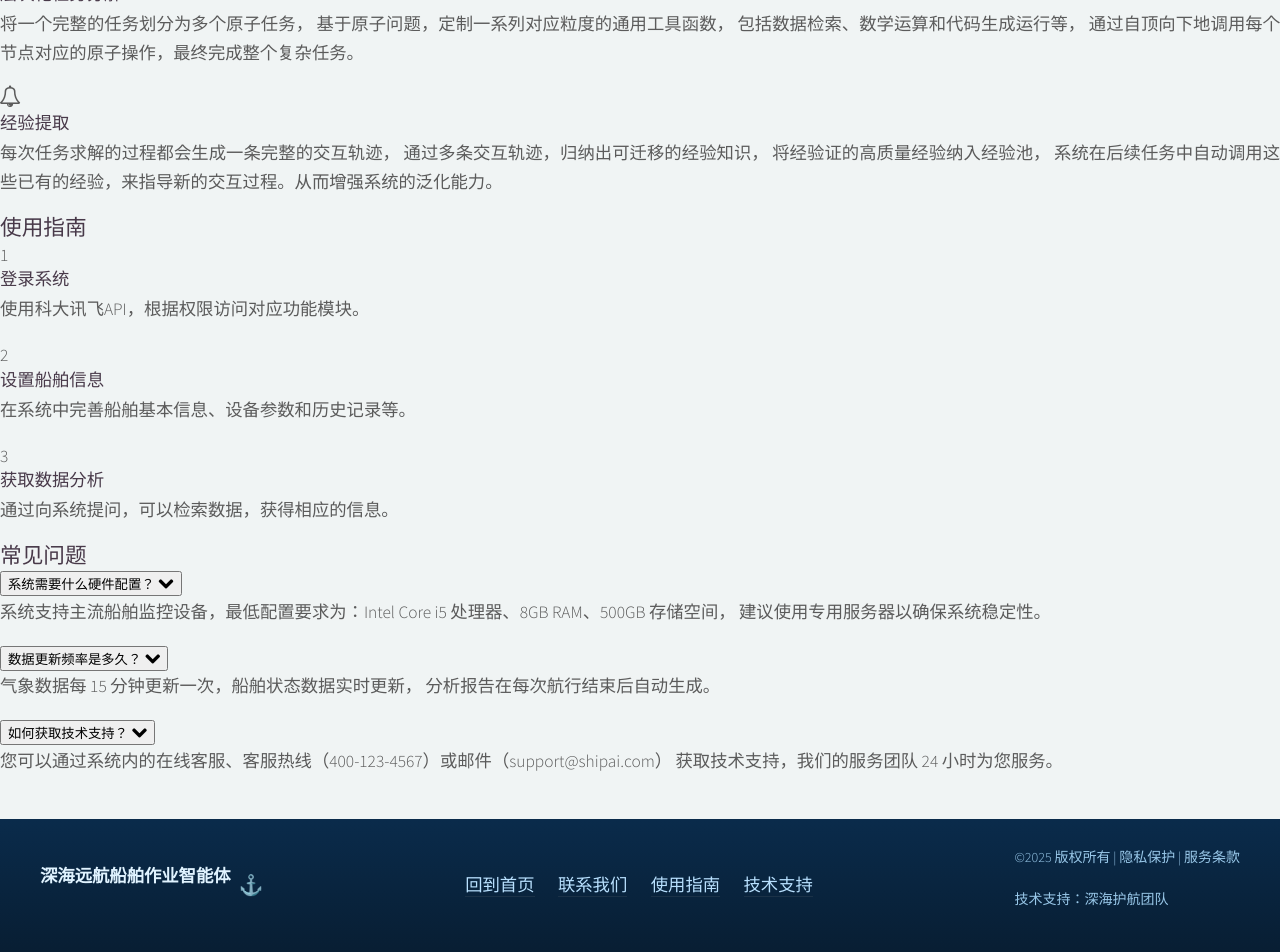
Repository: ShiCheng0104/AIC
Page: QingJing-agent/前端/深海远航船舶作业智能体/About.html
An editor plug-in stored every save of this project. The page is shown before and after the next save, followed by the edit.
The browser window is 1280 px wide. The pictures show the part of the page from y = 565 to 1517 px (the page is 1517 px tall).
Backgrounds fixed to the window are drawn as part of the page.

Above is the page before, as saved 2025-07-03 09:52:57.

### QingJing-agent/前端/深海远航船舶作业智能体/About.html
<!DOCTYPE HTML>
<!--
	Helios 1.5 by HTML5 UP
	html5up.net | @n33co
	Free for personal and commercial use under the CCA 3.0 license (html5up.net/license)
-->
<html>
	<head>
		<title>Right Sidebar - Helios by HTML5 UP</title>
		<meta http-equiv="content-type" content="text/html; charset=utf-8" />
		<meta name="description" content="" />
		<meta name="keywords" content="" />
		<link href="http://fonts.googleapis.com/css?family=Source+Sans+Pro:300,400,600" rel="stylesheet" type="text/css" />
		<!--[if lte IE 8]><script src="js/html5shiv.js"></script><![endif]-->
		<script src="js/jquery.min.js"></script>
		<script src="js/jquery.dropotron.min.js"></script>
		<script src="js/skel.min.js"></script>
		<script src="js/skel-panels.min.js"></script>
		<script src="js/init.js"></script>
		<noscript>
			<link rel="stylesheet" href="css/skel-noscript.css" />
			<link rel="stylesheet" href="css/style.css" />
			<link rel="stylesheet" href="css/style-desktop.css" />
			<link rel="stylesheet" href="css/style-noscript.css" />
		</noscript>
		<!--[if lte IE 8]><link rel="stylesheet" href="css/ie8.css" /><![endif]-->
	</head>
	<body class="right-sidebar">

		<!-- Header -->
			<div id="header">

				<!-- Inner -->
					<div class="inner">
						<header>
							<h1><a href="#" id="logo">深海远航船舶作业智能体</a></h1>
						</header>
					</div>

				<!-- Nav -->
					<nav id="nav">
						<ul>
							<li><a href="index.html">Home</a></li>

							<li><a href="Our_Team.html">Our Team</a></li>
							<li><a href="About.html">About</a></li>
							<li><a href="interaction.html">Q&A</a></li>
						</ul>
					</nav>

			</div>

		<!-- Main -->
		<main class="flex-1 container mx-auto px-4 py-6">
			<div
				class="max-w-4xl mx-auto bg-white rounded-2xl shadow-soft overflow-hidden flex flex-col transform transition-all duration-300 hover:shadow-hover">
				<!-- 关于页面头部 -->
				<div class="p-6 bg-gradient-primary text-white">

					<p class="mt-2 text-primary-100 opacity-90">
						为远洋船舶提供智能化数据分析，提升作业准确率。
					</p>
				</div>

				<!-- 系统介绍 -->
				<div class="p-6 border-b border-gray-100">
					<h3 class="text-xl font-semibold text-dark mb-4">系统概述</h3>
					<p class="text-gray-600 leading-relaxed">
						基于科大讯飞大模型的多角色协同、
						基于层次分解树的任务路径动态规划以及深远海船舶领域的经验自动提取，
						我们构建了一个的具有稳定执行能力、螺旋式优化能力，并能快速泛化至新场景的多智能体系统框架。
						系统可以帮助用户更好地“看见数据”，
						帮助船舶运营企业降低成本、减少对人工依赖程度，实现智能化转型升级。
					</p>
				</div>

				<!-- 功能亮点 -->
				<div class="p-6 border-b border-gray-100">
					<h3 class="text-xl font-semibold text-dark mb-6">核心方式</h3>

					<div class="grid grid-cols-1 md:grid-cols-2 gap-6">
						<!-- 功能卡片 1 -->
						<div
							class="bg-white rounded-xl shadow-message border border-neutralDark p-5 hover:shadow-hover transition-all duration-300 transform hover:-translate-y-1">
							<div class="bg-primary/10 w-12 h-12 rounded-full flex items-center justify-center mb-4">
								<i class="fa fa-bell-o text-primary text-xl"></i>
							</div>
							<h4 class="text-lg font-semibold text-dark">多角色协同</h4>
							<p class="text-gray-600 mt-2">
								共划分为3个角色：
								规划智能体结合领域知识，拆分用户的任务派发给执行智能体；
								执行智能体接收到子任务后，就会调用工具进行数据分析，然后返回子任务结果；
								监督智能体会回顾整个任务执行过程，进行纠错和总结。

								这三者之间紧密配合，共同提高任务完成的准确性。

							</p>
						</div>

						<!-- 功能卡片 2 -->
						<div
							class="bg-white rounded-xl shadow-message border border-neutralDark p-5 hover:shadow-hover transition-all duration-300 transform hover:-translate-y-1">
							<div class="bg-primary/10 w-12 h-12 rounded-full flex items-center justify-center mb-4">
								<i class="fa fa-bell-o text-primary text-xl"></i>
							</div>
							<h4 class="text-lg font-semibold text-dark">层次化任务分解</h4>
							<p class="text-gray-600 mt-2">
								将一个完整的任务划分为多个原子任务，
								基于原子问题，定制一系列对应粒度的通用工具函数，
								包括数据检索、数学运算和代码生成运行等，
								通过自顶向下地调用每个节点对应的原子操作，最终完成整个复杂任务。
							</p>
						</div>

						<!-- 功能卡片 3 -->
						<div
							class="bg-white rounded-xl shadow-message border border-neutralDark p-5 hover:shadow-hover transition-all duration-300 transform hover:-translate-y-1">
							<div class="bg-primary/10 w-12 h-12 rounded-full flex items-center justify-center mb-4">
								<i class="fa fa-bell-o text-primary text-xl"></i>
							</div>
							<h4 class="text-lg font-semibold text-dark">经验提取</h4>
							<p class="text-gray-600 mt-2">
								每次任务求解的过程都会生成一条完整的交互轨迹，
								通过多条交互轨迹，归纳出可迁移的经验知识，
								将经验证的高质量经验纳入经验池，
								系统在后续任务中自动调用这些已有的经验，来指导新的交互过程。从而增强系统的泛化能力。
							</p>
						</div>


					</div>
				</div>

				<!-- 使用指南 -->
				<div class="p-6 border-b border-gray-100">
					<h3 class="text-xl font-semibold text-dark mb-6">使用指南</h3>

					<div class="space-y-6">
						<!-- 步骤 1 -->
						<div class="flex">
							<div
								class="bg-primary text-white w-8 h-8 rounded-full flex items-center justify-center flex-shrink-0 mr-4">
								1</div>
							<div>
								<h4 class="text-lg font-semibold text-dark">登录系统</h4>
								<p class="text-gray-600 mt-1">
									使用科大讯飞API，根据权限访问对应功能模块。
								</p>
							</div>
						</div>

						<!-- 步骤 2 -->
						<div class="flex">
							<div
								class="bg-primary text-white w-8 h-8 rounded-full flex items-center justify-center flex-shrink-0 mr-4">
								2</div>
							<div>
								<h4 class="text-lg font-semibold text-dark">设置船舶信息</h4>
								<p class="text-gray-600 mt-1">
									在系统中完善船舶基本信息、设备参数和历史记录等。
								</p>
							</div>
						</div>

						<!-- 步骤 3 -->
						<div class="flex">
							<div
								class="bg-primary text-white w-8 h-8 rounded-full flex items-center justify-center flex-shrink-0 mr-4">
								3</div>
							<div>
								<h4 class="text-lg font-semibold text-dark">获取数据分析</h4>
								<p class="text-gray-600 mt-1">
									通过向系统提问，可以检索数据，获得相应的信息。
								</p>
							</div>
						</div>


					</div>
				</div>

				<!-- 常见问题 -->
				<div class="p-6">
					<h3 class="text-xl font-semibold text-dark mb-6">常见问题</h3>

					<div class="space-y-4">
						<!-- FAQ 项目 1 -->
						<div class="border border-neutralDark rounded-lg overflow-hidden">
							<button
								class="w-full px-6 py-4 text-left font-medium text-dark flex justify-between items-center hover:bg-gray-50 transition-colors">
								<span>系统需要什么硬件配置？</span>
								<i class="fa fa-chevron-down text-gray-400 transition-transform"></i>
							</button>
							<div class="px-6 py-4 bg-gray-50 border-t border-neutralDark">
								<p class="text-gray-600">
									系统支持主流船舶监控设备，最低配置要求为：Intel Core i5 处理器、8GB RAM、500GB 存储空间，
									建议使用专用服务器以确保系统稳定性。
								</p>
							</div>
						</div>

						<!-- FAQ 项目 2 -->
						<div class="border border-neutralDark rounded-lg overflow-hidden">
							<button
								class="w-full px-6 py-4 text-left font-medium text-dark flex justify-between items-center hover:bg-gray-50 transition-colors">
								<span>数据更新频率是多久？</span>
								<i class="fa fa-chevron-down text-gray-400 transition-transform"></i>
							</button>
							<div class="px-6 py-4 bg-gray-50 border-t border-neutralDark hidden">
								<p class="text-gray-600">
									气象数据每 15 分钟更新一次，船舶状态数据实时更新，
									分析报告在每次航行结束后自动生成。
								</p>
							</div>
						</div>

						<!-- FAQ 项目 3 -->
						<div class="border border-neutralDark rounded-lg overflow-hidden">
							<button
								class="w-full px-6 py-4 text-left font-medium text-dark flex justify-between items-center hover:bg-gray-50 transition-colors">
								<span>如何获取技术支持？</span>
								<i class="fa fa-chevron-down text-gray-400 transition-transform"></i>
							</button>
							<div class="px-6 py-4 bg-gray-50 border-t border-neutralDark hidden">
								<p class="text-gray-600">
									您可以通过系统内的在线客服、客服热线（400-123-4567）或邮件（support@shipai.com）
									获取技术支持，我们的服务团队 24 小时为您服务。
								</p>
							</div>
						</div>
					</div>
				</div>
			</div>
			</main>


		<!--footer-->
		<footer>
			<div class="footer-container">
				<!-- 品牌+场景符号 -->
				<div class="footer-brand">
					<p>深海远航船舶作业智能体</p>
					<span class="ship-icon">⚓</span> <!-- 船舶锚点符号，或替换成简约船舶SVG -->
				</div>
				<!-- 实用链接区 -->
				<div class="footer-links">
					<a href="index.html">回到首页</a>
					<a href="/qa">联系我们</a>
					<a href="About.html">使用指南</a>
					<a href="Our_Team.html">技术支持</a>
				</div>
				<!-- 合规信息 -->
				<div class="footer-legal">
					<p>©2025 版权所有 | 隐私保护 | 服务条款</p>
					<p>技术支持：深海护航团队</p>
				</div>
			</div>
		</footer>

		<style>
			footer {
				background: linear-gradient(to bottom, #0a2b4b, #081e33);
				/* 深海渐变，强化场景 */
				color: #e0f3ff;
				padding: 24px;
			}

			.footer-container {
				max-width: 1200px;
				margin: 0 auto;
				display: flex;
				flex-wrap: wrap;
				justify-content: space-between;
				align-items: center;
			}

			.footer-brand {
				display: flex;
				align-items: center;
				gap: 8px;
				font-weight: bold;
			}

			.ship-icon {
				font-size: 20px;
				color: #6ccfff;
			}

			.footer-links a {
				color: #b9e1ff;
				margin: 0 10px;
				text-decoration: none;
				transition: color 0.3s;
			}

			.footer-links a:hover {
				color: #6ccfff;
			}

			.footer-legal {
				font-size: 14px;
				color: #99c8e9;
			}
		</style>

	</body>
</html>

### QingJing-agent/前端/深海远航船舶作业智能体/css/style-wide.css
/*
	Helios 1.5 by HTML5 UP
	html5up.net | @n33co
	Free for personal and commercial use under the CCA 3.0 license (html5up.net/license)
*/

/*********************************************************************************/
/* Basic                                                                         */
/*********************************************************************************/

	body,input,textarea,select
	{
		font-size: 14pt;
		line-height: 1.75em;
	}

/*********************************************************************************/
/* Carousel                                                                      */
/*********************************************************************************/

	.carousel
	{
		padding: 1.5em 0 1.5em 0;
	}

		.carousel .reel
		{
			padding: 0 1.5em 0 1.5em;
		}

		.carousel article
		{
			width: 18em;
			margin: 0 1.25em 0 0;
		}

### QingJing-agent/前端/深海远航船舶作业智能体/css/style-normal.css
/*
	Helios 1.5 by HTML5 UP
	html5up.net | @n33co
	Free for personal and commercial use under the CCA 3.0 license (html5up.net/license)
*/

/*********************************************************************************/
/* Wrapper                                                                       */
/*********************************************************************************/

	.wrapper
	{
		padding-left: 2em;
		padding-right: 2em;
	}

/*********************************************************************************/
/* Header                                                                        */
/*********************************************************************************/

	#header
	{
	}

		#header .inner
		{
			padding-left: 2em;
			padding-right: 2em;
		}

/*********************************************************************************/
/* Banner                                                                        */
/*********************************************************************************/

	#banner
	{
		padding-left: 2em;
		padding-right: 2em;
	}

/*********************************************************************************/
/* Footer                                                                        */
/*********************************************************************************/

	#footer
	{
		padding-left: 2em;
		padding-right: 2em;
	}

### QingJing-agent/前端/深海远航船舶作业智能体/css/style-narrow.css
/*
	Helios 1.5 by HTML5 UP
	html5up.net | @n33co
	Free for personal and commercial use under the CCA 3.0 license (html5up.net/license)
*/

### QingJing-agent/前端/深海远航船舶作业智能体/css/style-narrower.css
/*
	Helios 1.5 by HTML5 UP
	html5up.net | @n33co
	Free for personal and commercial use under the CCA 3.0 license (html5up.net/license)
*/

/*********************************************************************************/
/* Basic                                                                         */
/*********************************************************************************/

	body,input,textarea,select
	{
		font-size: 13pt;
		line-height: 1.65em;
	}

	.tweet
	{
		text-align: center;
	}

	.timestamp
	{
		display: block;
		text-align: center;
	}

/*********************************************************************************/
/* Footer                                                                        */
/*********************************************************************************/

	#footer
	{
		padding: 4em 2em 4em 2em;
	}

/*********************************************************************************/
/* Carousel                                                                      */
/*********************************************************************************/

	.carousel
	{
		padding: 1.25em 0 1.25em 0;
	}

		.carousel article
		{
			width: 18em;
			margin: 0 1em 0 0;
		}

Loaded but not shown: QingJing-agent/前端/深海远航船舶作业智能体/js/jquery.min.js (library); QingJing-agent/前端/深海远航船舶作业智能体/js/jquery.dropotron.min.js (library); QingJing-agent/前端/深海远航船舶作业智能体/js/skel.min.js (library); QingJing-agent/前端/深海远航船舶作业智能体/js/skel-panels.min.js (library); QingJing-agent/前端/深海远航船舶作业智能体/js/init.js (385 lines, source omitted); QingJing-agent/前端/深海远航船舶作业智能体/css/style.css (1591 lines, source omitted)

After the next save:
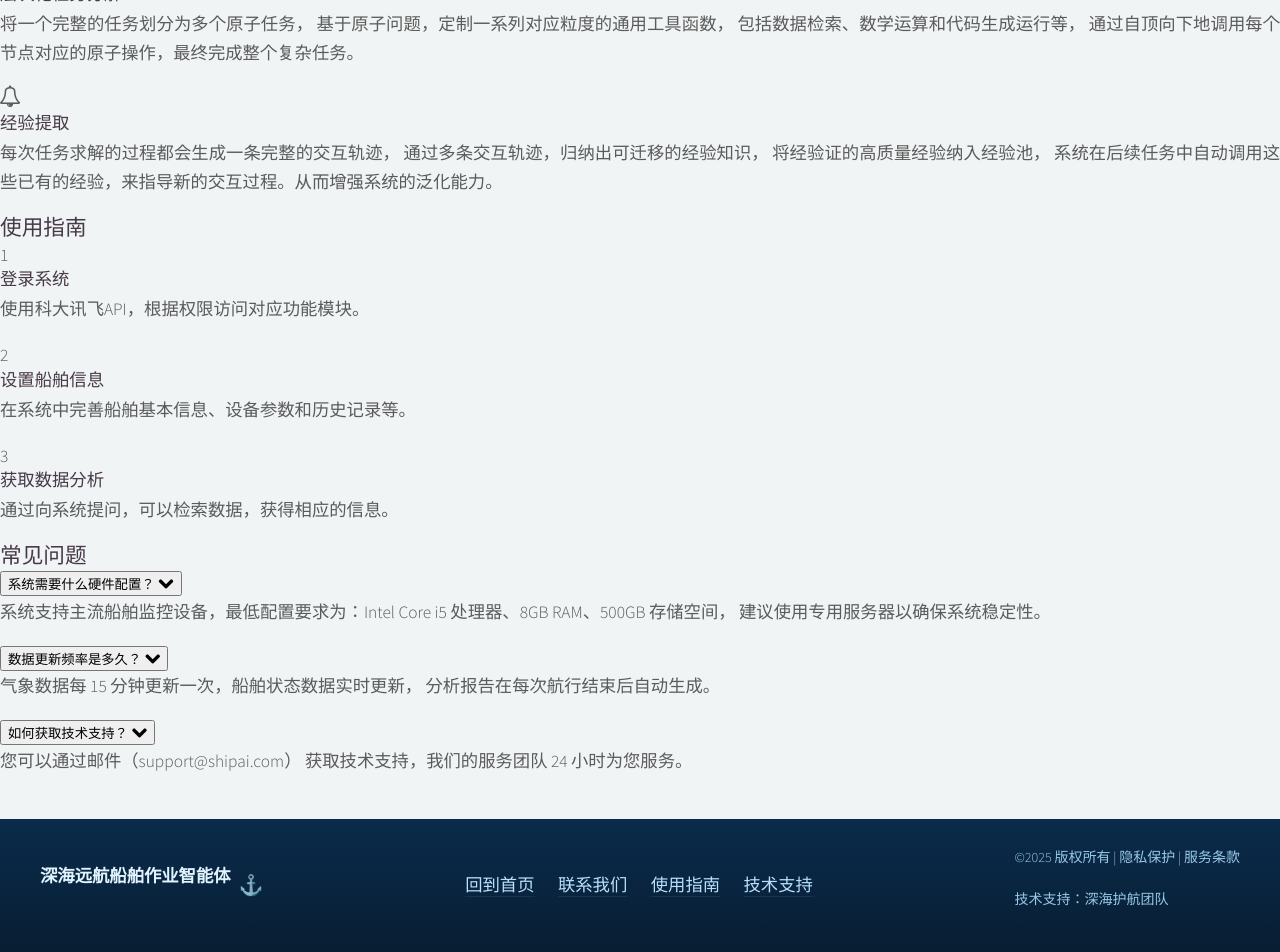
Saved 97 s later.
--- a/QingJing-agent/前端/深海远航船舶作业智能体/About.html
+++ b/QingJing-agent/前端/深海远航船舶作业智能体/About.html
@@ -223,7 +223,7 @@
 							</button>
 							<div class="px-6 py-4 bg-gray-50 border-t border-neutralDark hidden">
 								<p class="text-gray-600">
-									您可以通过系统内的在线客服、客服热线（400-123-4567）或邮件（support@shipai.com）
+									您可以通过邮件（support@shipai.com）
 									获取技术支持，我们的服务团队 24 小时为您服务。
 								</p>
 							</div>
